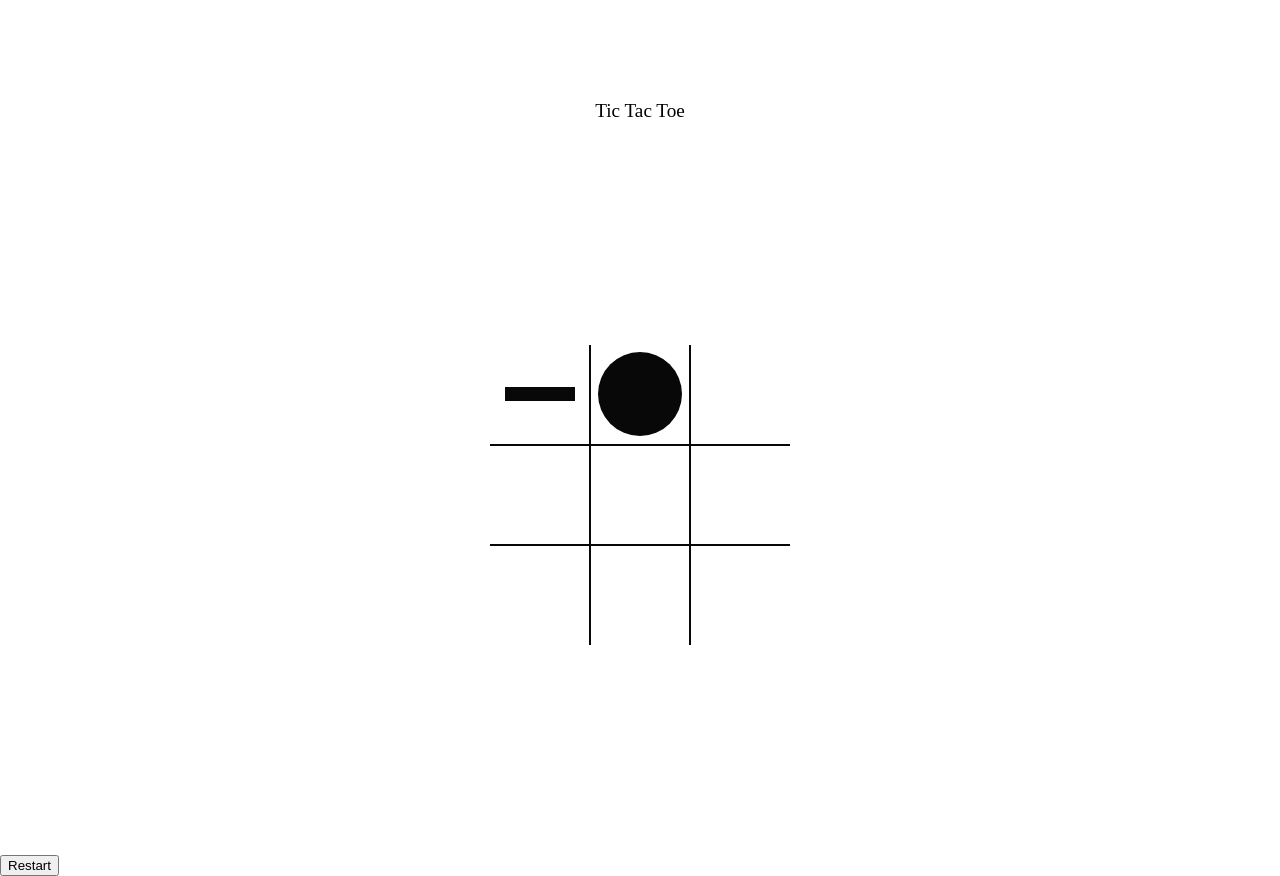
Repository: kkyler24/MCLA
Page: devFiles/TictactoeFiles/ticTacToe.html
An editor plug-in stored every save of this project. The page is shown before and after the next save, followed by the edit.
The browser window is 1280 px wide. The pictures show the whole page.

Above is the page before, as saved 2020-04-17 15:28:17.

After the next save:
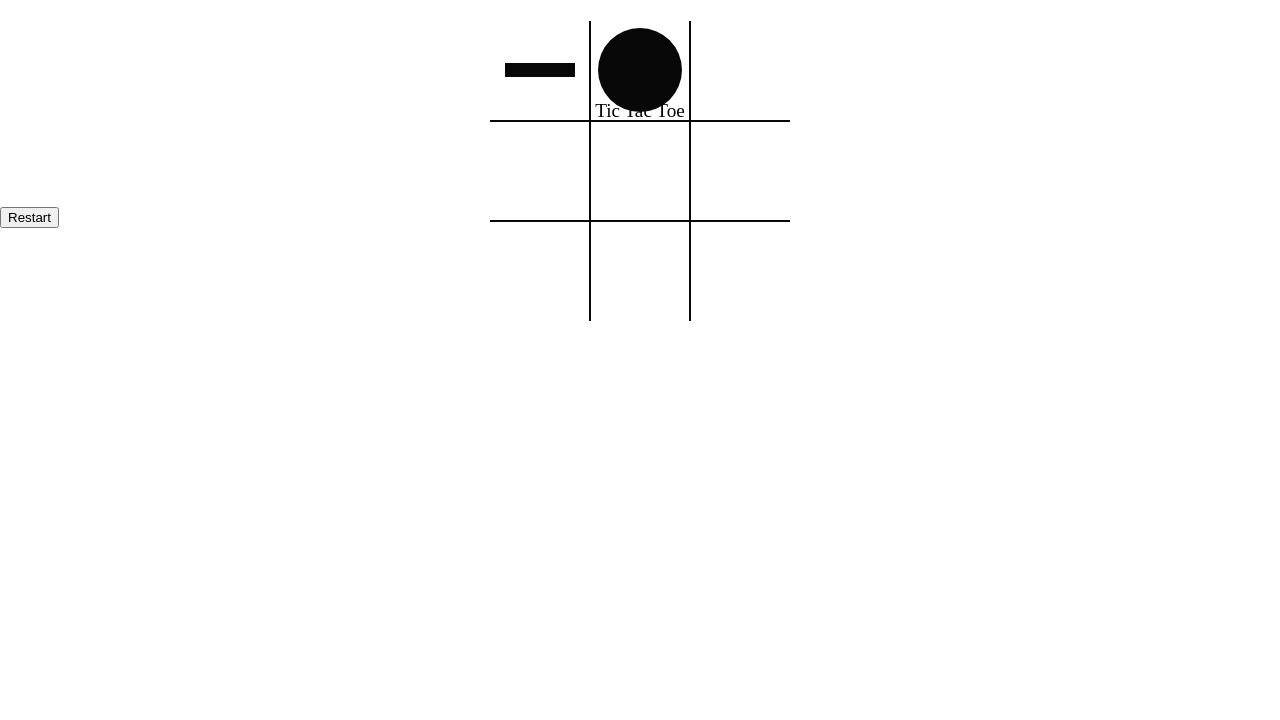
Saved 3 min 31 s later.
--- a/devFiles/TictactoeFiles/tictactoe.css
+++ b/devFiles/TictactoeFiles/tictactoe.css
@@ -20,7 +20,7 @@ body{
 
 .BoardOne{
     width: 100vw;
-    height: 100vh;
+    height: 10vh;
     display: grid;
     justify-content: center;
     align-content: center;
